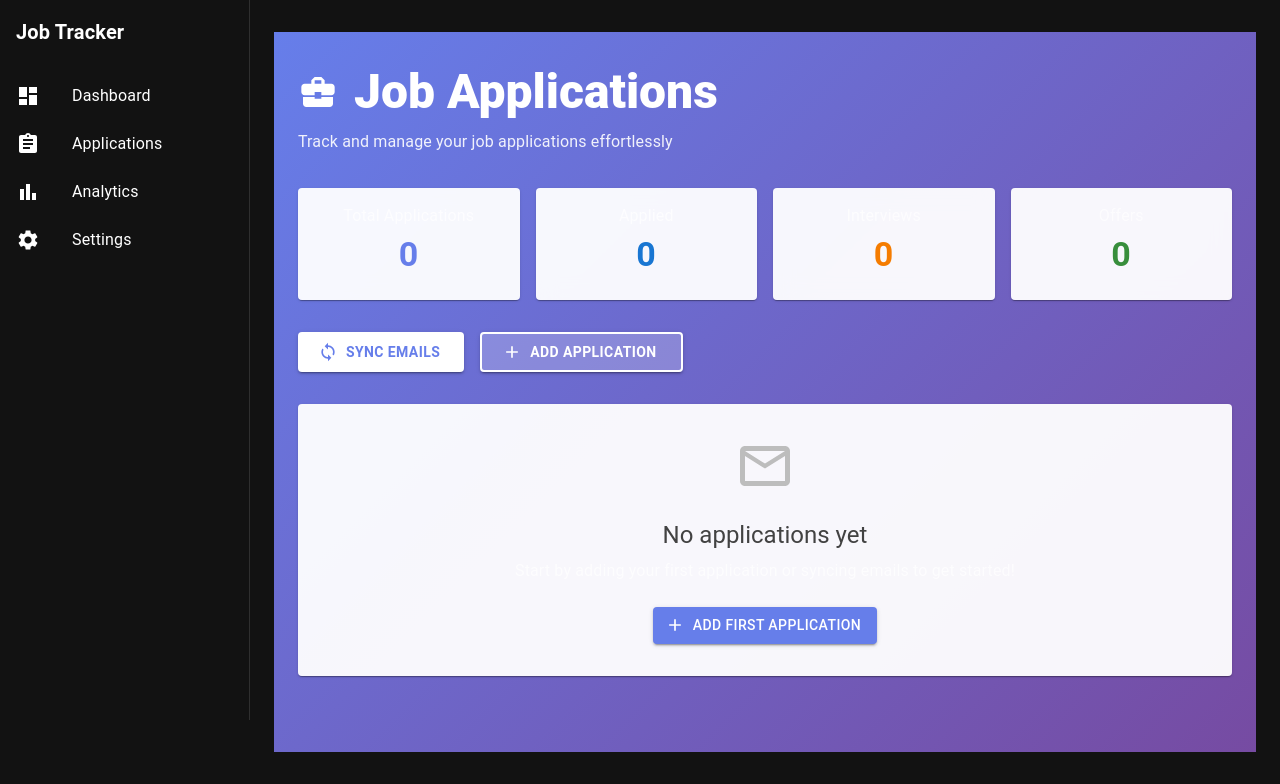
Repository: Poorna-Chandra-D/Smart-Job-Application-Tracker
Page: /applications (app in frontend/)
The author's editor kept a copy of each file at every save. The page is drawn from the files as they stood at one save, then again after the next save.
The browser window is 1280 px wide. The pictures show the whole page.
The page's requests for data from a server got no answer. The project was rebuilt for these pictures with package versions that can differ from the ones it lists, and the page was loaded fresh each time. No one was signed in, and anything a server would have sent is missing. Also part of the build but not shown: frontend/src/pages/Dashboard.tsx, frontend/src/pages/Analytics.tsx, frontend/src/pages/Settings.tsx.

Above is the page before, as saved 2026-01-05 19:58:10.

### frontend/public/index.html
<!DOCTYPE html>
<html lang="en">
  <head>
    <meta charset="utf-8" />
    <meta name="viewport" content="width=device-width, initial-scale=1" />
    <meta name="theme-color" content="#000000" />
    <meta
      name="description"
      content="Smart Job Application Tracker - Track your job applications automatically"
    />
    <title>Job Tracker</title>
  </head>
  <body>
    <noscript>You need to enable JavaScript to run this app.</noscript>
    <div id="root"></div>
  </body>
</html>

### frontend/src/index.tsx
import React from 'react';
import ReactDOM from 'react-dom/client';
import { BrowserRouter as Router } from 'react-router-dom';
import { ThemeProvider, createTheme, CssBaseline } from '@mui/material';
import App from './App';

const darkTheme = createTheme({
  palette: {
    mode: 'dark',
    primary: {
      main: '#1976d2',
    },
    secondary: {
      main: '#f50057',
    },
  },
});

const root = ReactDOM.createRoot(document.getElementById('root') as HTMLElement);
root.render(
  <React.StrictMode>
    <ThemeProvider theme={darkTheme}>
      <CssBaseline />
      <Router>
        <App />
      </Router>
    </ThemeProvider>
  </React.StrictMode>
);

### frontend/src/App.tsx
import { Routes, Route } from 'react-router-dom';
import { Container, Box } from '@mui/material';
import Navigation from './components/Navigation';
import Dashboard from './pages/Dashboard';
import ApplicationTracker from './pages/ApplicationTracker';
import Analytics from './pages/Analytics';
import Settings from './pages/Settings';

function App() {
  return (
    <Box sx={{ display: 'flex', minHeight: '100vh' }}>
      <Navigation />
      <Container maxWidth="lg" sx={{ py: 4, flex: 1 }}>
        <Routes>
          <Route path="/" element={<Dashboard />} />
          <Route path="/applications" element={<ApplicationTracker />} />
          <Route path="/analytics" element={<Analytics />} />
          <Route path="/settings" element={<Settings />} />
        </Routes>
      </Container>
    </Box>
  );
}

export default App;

### frontend/src/components/Navigation.tsx
import { Link as RouterLink } from 'react-router-dom';
import {
  Drawer,
  List,
  ListItem,
  ListItemButton,
  ListItemIcon,
  ListItemText,
  Box,
  Typography,
} from '@mui/material';
import {
  Dashboard as DashboardIcon,
  Assignment as ApplicationsIcon,
  BarChart as AnalyticsIcon,
  Settings as SettingsIcon,
} from '@mui/icons-material';

const Navigation: React.FC = () => {
  const menuItems = [
    { text: 'Dashboard', icon: <DashboardIcon />, path: '/' },
    { text: 'Applications', icon: <ApplicationsIcon />, path: '/applications' },
    { text: 'Analytics', icon: <AnalyticsIcon />, path: '/analytics' },
    { text: 'Settings', icon: <SettingsIcon />, path: '/settings' },
  ];

  return (
    <Drawer
      variant="permanent"
      sx={{
        width: 250,
        flexShrink: 0,
        '& .MuiDrawer-paper': {
          width: 250,
          boxSizing: 'border-box',
        },
      }}
    >
      <Box sx={{ p: 2 }}>
        <Typography variant="h6" sx={{ fontWeight: 'bold' }}>
          Job Tracker
        </Typography>
      </Box>
      <List>
        {menuItems.map((item) => (
          <ListItem key={item.text} disablePadding>
            <ListItemButton component={RouterLink} to={item.path}>
              <ListItemIcon>{item.icon}</ListItemIcon>
              <ListItemText primary={item.text} />
            </ListItemButton>
          </ListItem>
        ))}
      </List>
    </Drawer>
  );
};

export default Navigation;

### frontend/src/services/api.ts
import axios from 'axios';

// Determine API base URL - use window.location for relative URLs
const getApiBaseUrl = () => {
  const envUrl = process.env.REACT_APP_API_BASE_URL;
  if (envUrl) {
    return envUrl;
  }
  // Fallback: use the same host as frontend but different port
  return `${window.location.protocol}//${window.location.hostname}:5001/api`;
};

export const API_BASE_URL = getApiBaseUrl();

console.log('API Base URL:', API_BASE_URL);

const apiClient = axios.create({
  baseURL: API_BASE_URL,
});

// Add token to requests
apiClient.interceptors.request.use((config) => {
  const token = localStorage.getItem('token');
  if (token) {
    config.headers.Authorization = `Bearer ${token}`;
  }
  console.log('Request:', config.method?.toUpperCase(), config.url);
  return config;
});

// Add error logging
apiClient.interceptors.response.use(
  (response) => response,
  (error) => {
    console.error('API Error:', error.response?.status, error.response?.data || error.message);
    return Promise.reject(error);
  }
);

export const applicationService = {
  getAll: () => apiClient.get('/applications'),
  getById: (id: number) => apiClient.get(`/applications/${id}`),
  create: (data: any) => apiClient.post('/applications', data),
  update: (id: number, data: any) => apiClient.put(`/applications/${id}`, data),
  delete: (id: number) => apiClient.delete(`/applications/${id}`),
};

export const analyticsService = {
  getSummary: () => apiClient.get('/analytics/summary'),
  getWeeklyData: () => apiClient.get('/analytics/applications-per-week'),
};

export const emailService = {
  connectGmail: () => apiClient.get('/email/gmail'),
  connectOutlook: () => apiClient.get('/email/outlook'),
  syncEmails: () => apiClient.post('/email/sync'),
};

export const authService = {
  logout: () => apiClient.post('/auth/logout'),
};

export default apiClient;

Loaded but not shown: frontend/src/pages/ApplicationTracker.tsx (495 lines, source omitted)

After the next save:
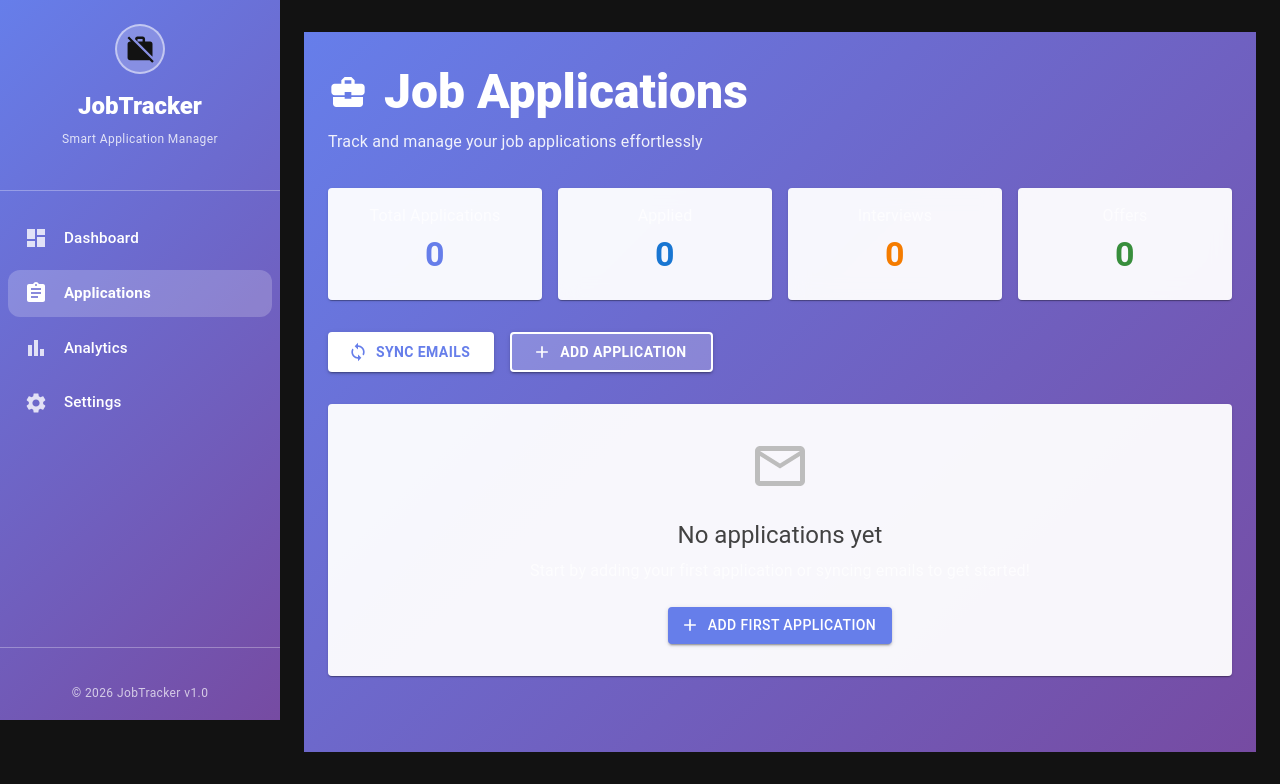
Saved 62 s later.
--- a/frontend/src/components/Navigation.tsx
+++ b/frontend/src/components/Navigation.tsx
@@ -1,4 +1,4 @@
-import { Link as RouterLink } from 'react-router-dom';
+import { Link as RouterLink, useLocation } from 'react-router-dom';
 import {
   Drawer,
   List,
@@ -8,15 +8,20 @@ import {
   ListItemText,
   Box,
   Typography,
+  Avatar,
+  Divider,
 } from '@mui/material';
 import {
   Dashboard as DashboardIcon,
   Assignment as ApplicationsIcon,
   BarChart as AnalyticsIcon,
   Settings as SettingsIcon,
+  WorkOff as LogoIcon,
 } from '@mui/icons-material';
 
 const Navigation: React.FC = () => {
+  const location = useLocation();
+
   const menuItems = [
     { text: 'Dashboard', icon: <DashboardIcon />, path: '/' },
     { text: 'Applications', icon: <ApplicationsIcon />, path: '/applications' },
@@ -28,29 +33,91 @@ const Navigation: React.FC = () => {
     <Drawer
       variant="permanent"
       sx={{
-        width: 250,
+        width: 280,
         flexShrink: 0,
         '& .MuiDrawer-paper': {
-          width: 250,
+          width: 280,
           boxSizing: 'border-box',
+          background: 'linear-gradient(135deg, #667eea 0%, #764ba2 100%)',
+          color: '#fff',
+          borderRight: 'none',
         },
       }}
     >
-      <Box sx={{ p: 2 }}>
-        <Typography variant="h6" sx={{ fontWeight: 'bold' }}>
-          Job Tracker
+      {/* Header */}
+      <Box sx={{ p: 3, textAlign: 'center' }}>
+        <Box sx={{ display: 'flex', alignItems: 'center', justifyContent: 'center', gap: 1, mb: 2 }}>
+          <Avatar
+            sx={{
+              background: 'rgba(255,255,255,0.2)',
+              width: 50,
+              height: 50,
+              border: '2px solid rgba(255,255,255,0.5)'
+            }}
+          >
+            <LogoIcon sx={{ fontSize: 30 }} />
+          </Avatar>
+        </Box>
+        <Typography variant="h5" sx={{ fontWeight: 800, mb: 0.5 }}>
+          JobTracker
+        </Typography>
+        <Typography variant="caption" sx={{ color: 'rgba(255,255,255,0.8)' }}>
+          Smart Application Manager
         </Typography>
       </Box>
-      <List>
-        {menuItems.map((item) => (
-          <ListItem key={item.text} disablePadding>
-            <ListItemButton component={RouterLink} to={item.path}>
-              <ListItemIcon>{item.icon}</ListItemIcon>
-              <ListItemText primary={item.text} />
-            </ListItemButton>
-          </ListItem>
-        ))}
+
+      <Divider sx={{ background: 'rgba(255,255,255,0.2)', my: 2 }} />
+
+      {/* Menu Items */}
+      <List sx={{ px: 1, flex: 1 }}>
+        {menuItems.map((item) => {
+          const isActive = location.pathname === item.path;
+          return (
+            <ListItem key={item.text} disablePadding sx={{ mb: 1 }}>
+              <ListItemButton
+                component={RouterLink}
+                to={item.path}
+                sx={{
+                  borderRadius: '12px',
+                  background: isActive ? 'rgba(255,255,255,0.2)' : 'transparent',
+                  color: '#fff',
+                  transition: 'all 0.3s ease',
+                  '&:hover': {
+                    background: 'rgba(255,255,255,0.15)',
+                    transform: 'translateX(4px)',
+                  },
+                  pl: 2,
+                }}
+              >
+                <ListItemIcon
+                  sx={{
+                    color: isActive ? '#fff' : 'rgba(255,255,255,0.8)',
+                    minWidth: 40,
+                  }}
+                >
+                  {item.icon}
+                </ListItemIcon>
+                <ListItemText
+                  primary={item.text}
+                  primaryTypographyProps={{
+                    fontWeight: isActive ? 700 : 500,
+                    fontSize: '0.95rem',
+                  }}
+                />
+              </ListItemButton>
+            </ListItem>
+          );
+        })}
       </List>
+
+      <Divider sx={{ background: 'rgba(255,255,255,0.2)', my: 2 }} />
+
+      {/* Footer */}
+      <Box sx={{ p: 2, textAlign: 'center' }}>
+        <Typography variant="caption" sx={{ color: 'rgba(255,255,255,0.7)' }}>
+          © 2026 JobTracker v1.0
+        </Typography>
+      </Box>
     </Drawer>
   );
 };
